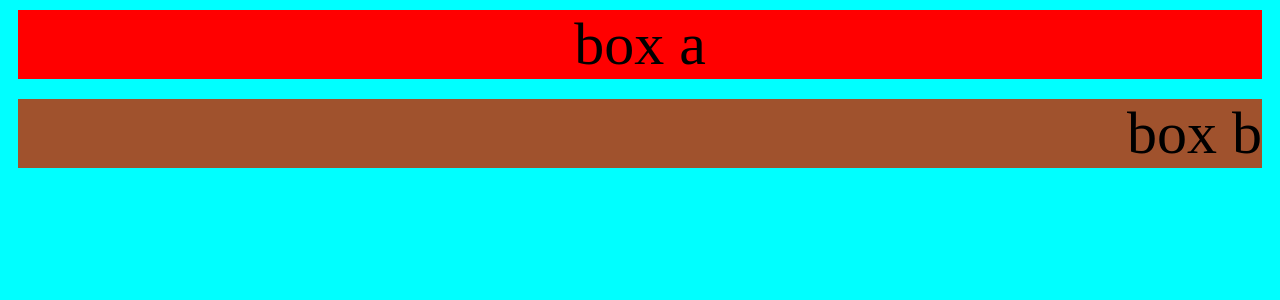
Repository: asifdotpy/testing-html-and-css
Page: index.html
An editor plug-in stored every save of this project. The page is shown before and after a run of saves, followed by the edit.
The browser window is 1280 px wide. The pictures show the whole page.

Above is the page before, as saved 2021-02-14 00:24:20.

### index.html
<!DOCTYPE html>
<html lang="en">
<head>
  <title>Bootstrap Example</title>
  <meta charset="utf-8">
  <meta name="viewport" content="width=device-width, initial-scale=1">
  <link rel="stylesheet" href="main.css">
</head>
<body>
      <div class="a">box a</div>
      <div class="b">box b</div>
</body>
</html>

### main.css
* {
    background-color: aqua;
}

div.a {
    font-size: 60px;
    margin: 10px 10px 20px;
    background-color: red;
    text-align: center;
    padding:
}

div.b {
    font-size: 60px;
    margin: 10px 10px 20px;
    background-color: sienna;
    text-align: end;
}

After the next 2 saves:
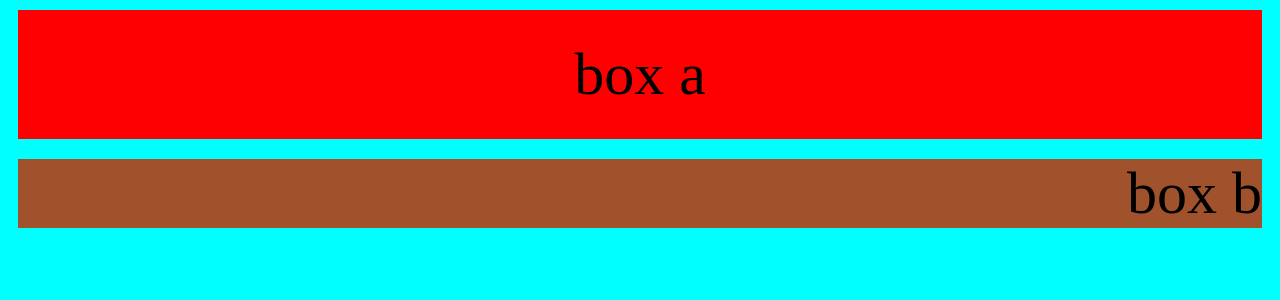
The 2 saves are shown as one change because they came seconds apart.
The last was saved 7 s later.
--- a/main.css
+++ b/main.css
@@ -7,7 +7,7 @@ div.a {
     margin: 10px 10px 20px;
     background-color: red;
     text-align: center;
-    padding:
+    padding: 30px;
 }
 
 div.b {
